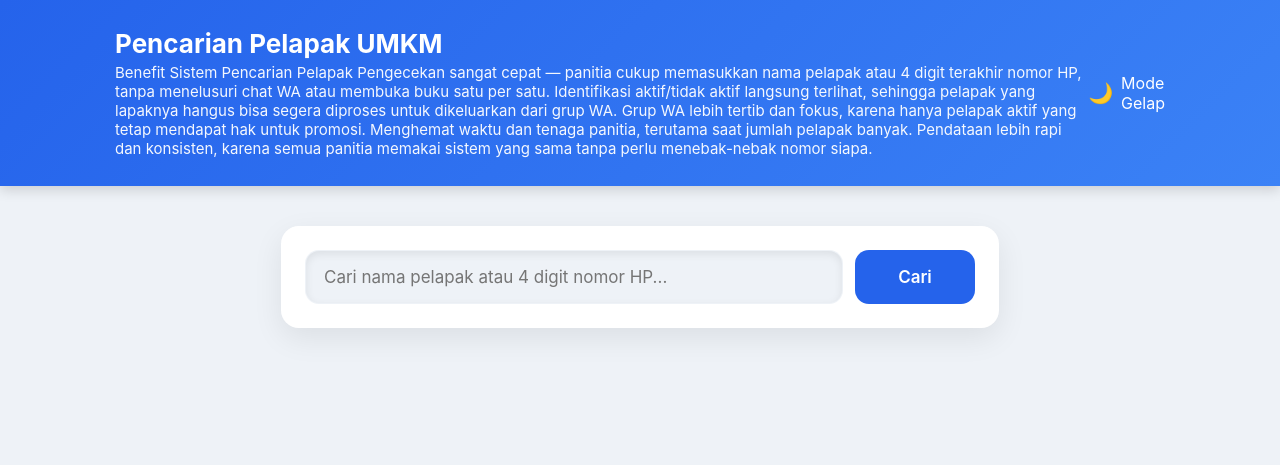
Repository: pasarrakyatbak/ceklapak
Page: index.html
An editor plug-in stored every save of this project. The page is shown before and after a run of saves, followed by the edit.
The browser window is 1280 px wide. The pictures show the whole page.

Above is the page before, as saved 2025-11-19 06:43:12.

After the next 2 saves:
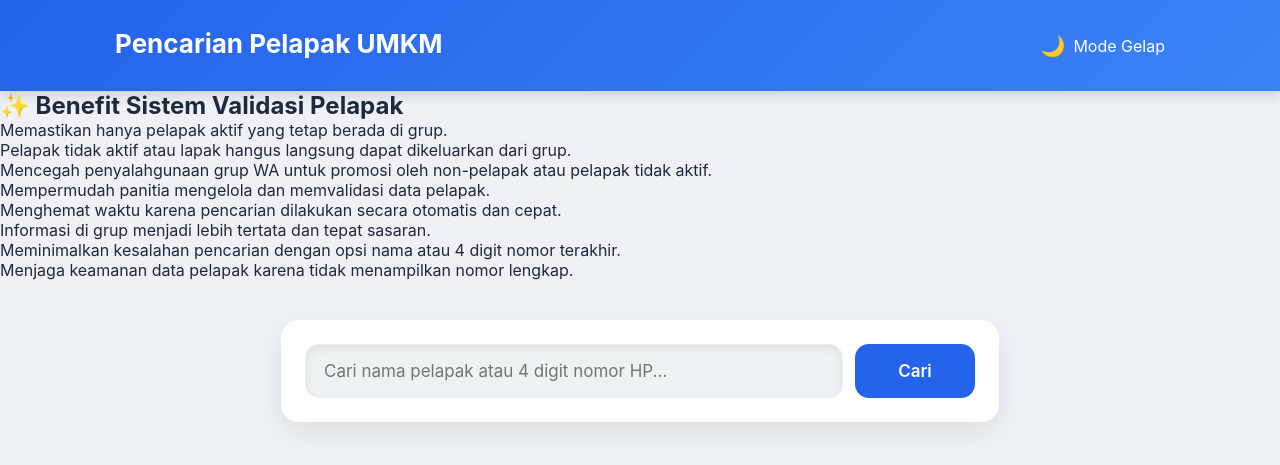
The 2 saves are shown as one change because they came seconds apart.
The last was saved 8 s later.
--- a/index.html
+++ b/index.html
@@ -14,20 +14,7 @@
             <div class="header-text">
                 <h1>Pencarian Pelapak UMKM</h1>
                 <p class="desc">
-                    Benefit Sistem Pencarian Pelapak
 
-                    Pengecekan sangat cepat — panitia cukup memasukkan nama pelapak atau 4 digit terakhir nomor HP,
-                    tanpa menelusuri chat WA atau membuka buku satu per satu.
-
-                    Identifikasi aktif/tidak aktif langsung terlihat, sehingga pelapak yang lapaknya hangus bisa segera
-                    diproses untuk dikeluarkan dari grup WA.
-
-                    Grup WA lebih tertib dan fokus, karena hanya pelapak aktif yang tetap mendapat hak untuk promosi.
-
-                    Menghemat waktu dan tenaga panitia, terutama saat jumlah pelapak banyak.
-
-                    Pendataan lebih rapi dan konsisten, karena semua panitia memakai sistem yang sama tanpa perlu
-                    menebak-nebak nomor siapa.
                 </p>
             </div>
 
@@ -40,6 +27,19 @@
             </div>
         </div>
     </header>
+    <section class="benefit-section">
+        <h2>✨ Benefit Sistem Validasi Pelapak</h2>
+        <ul class="benefit-list">
+            <li>Memastikan hanya pelapak aktif yang tetap berada di grup.</li>
+            <li>Pelapak tidak aktif atau lapak hangus langsung dapat dikeluarkan dari grup.</li>
+            <li>Mencegah penyalahgunaan grup WA untuk promosi oleh non-pelapak atau pelapak tidak aktif.</li>
+            <li>Mempermudah panitia mengelola dan memvalidasi data pelapak.</li>
+            <li>Menghemat waktu karena pencarian dilakukan secara otomatis dan cepat.</li>
+            <li>Informasi di grup menjadi lebih tertata dan tepat sasaran.</li>
+            <li>Meminimalkan kesalahan pencarian dengan opsi nama atau 4 digit nomor terakhir.</li>
+            <li>Menjaga keamanan data pelapak karena tidak menampilkan nomor lengkap.</li>
+        </ul>
+    </section>
 
     <main>
         <section class="search-card">
